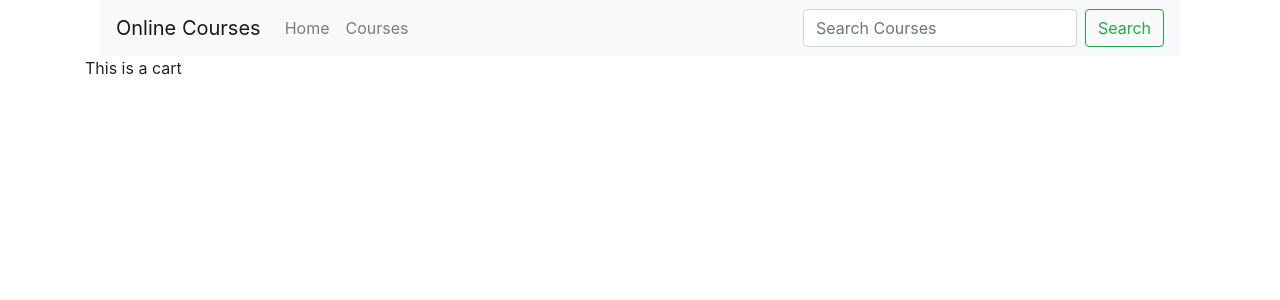
Repository: ranamahmud/online-class-react
Page: /
These files come from the project's save history. The page is drawn as it stood at one moment and after a run of saves; the edit follows.
The browser window is 1280 px wide. The pictures show the whole page.
The project was rebuilt for these pictures with package versions that can differ from the ones it lists, and the page was loaded fresh each time. Also part of the build but not shown: src/App.css, src/Component/Course/Course.js.

Above is the page before, as saved 2020-08-27 20:42:17.

### src/App.js
import React from 'react';
import './App.css';
import 'bootstrap/dist/css/bootstrap.min.css';
import { Navbar, Nav, Form, FormControl, Button, Container, Row, Col } from 'react-bootstrap';
import Header from '../src/Component/Header/Header'
import Class from '../src/Component/Class/Class'
function App() {
  return (
    <Container>
      <Header></Header>
      <Class></Class>
    </Container>
  );
}

export default App;

### src/Component/Header/Header.js
import React from 'react';
import { Navbar, Nav, Form, FormControl, Button, Container} from 'react-bootstrap';

const Header = () => {
    return (
        <Container>
        <Navbar bg="light" expand="lg">
          <Navbar.Brand href="#home">Online Courses</Navbar.Brand>
          <Navbar.Toggle aria-controls="basic-navbar-nav" />
          <Navbar.Collapse id="basic-navbar-nav">
            <Nav className="mr-auto">
              <Nav.Link href="#home">Home</Nav.Link>
              <Nav.Link href="#link">Courses</Nav.Link>
            </Nav>
            <Form inline>
              <FormControl type="text" placeholder="Search Courses" className="mr-sm-2" />
              <Button variant="outline-success">Search</Button>
            </Form>
          </Navbar.Collapse>
        </Navbar>
      </Container>
    );
};

export default Header;

### src/Component/Class/Class.js
import {React,useState,useEffect} from 'react';
import {Row,Col} from 'react-bootstrap'
import Course from '../Course/Course'
import Cart from '../Cart/Cart'
import fakeData from '../../fakeData'

const Class = () => {
    // const [courses, setCourses] = useState(fakeData);
    // console.log(courses);
    // const [cart, setCart] = useState([])

    // const handleAddCourse = (course) => {
    //     console.log('course added',course);
    //     const newCart = [...cart, course]
    //     setCart(newCart)
    // }
    return (
        <Row>
          {/* <Col sm={8}>
          <ul>

                </ul>
          </Col> */}
          <Col sm={4}>

            <Cart></Cart>
          </Col>
        </Row>
    );
};

export default Class;

### src/Component/Cart/Cart.js
import React from 'react';

const Cart = () => {
    return (
        <div>
            This is a cart
        </div>
    );
};

export default Cart;

### src/fakeData/index.js
import coursesData from './data';

const fakeData = coursesData;

console.log(coursesData);
const shuffle = a => {
    for (let i = a.length; i; i--) {
        let j = Math.floor(Math.random() * i);
        [a[i - 1], a[j]] = [a[j], a[i - 1]];
    }
}

shuffle(fakeData);

export default fakeData;

### src/fakeData/data.js
var coursesData = [
  {
    "id": 1,
    "name": "An Entire MBA in 1 Course:Award Winning\n                                                                            Business School Prof",
    "price": 9.99,
    "img": "https://img-a.udemycdn.com/course/480x270/637930_9a22_19.jpg",
    "author": "Chris Haroun",
    "star": 4.5,
    "bought": "41,197"
  },
  {
    "id": 2,
    "name": "The Complete SQL Bootcamp 2020: Go from Zero\n                                                                            to Hero",
    "price": 9.99,
    "img": "https://img-a.udemycdn.com/course/480x270/762616_7693_3.jpg",
    "author": "Jose Portilla",
    "star": 4.7,
    "bought": "76,509"
  },
  {
    "id": 3,
    "name": "The Complete Financial Analyst Course 2020",
    "price": 9.99,
    "img": "https://img-a.udemycdn.com/course/480x270/648826_f0e5_4.jpg",
    "author": "365 Careers",
    "star": 4.5,
    "bought": "45,526"
  },
  {
    "id": 4,
    "name": "PMP Exam Prep Seminar - PMBOK Guide 6",
    "price": 9.99,
    "img": "https://img-a.udemycdn.com/course/480x270/1361790_2eb7.jpg",
    "author": "",
    "star": 4.6,
    "bought": "51,712"
  },
  {
    "id": 5,
    "name": "Tableau 2020 A-Z: Hands-On Tableau Training",
    "price": 9.99,
    "img": "https://img-a.udemycdn.com/course/480x270/937678_abd2_2.jpg",
    "author": "Kirill Eremenko, SuperDataScience Team",
    "star": 4.6,
    "bought": "53,818"
  },
  {
    "id": 6,
    "name": "Beginner to Pro in Excel: Financial Modeling",
    "price": 9.99,
    "img": "https://img-a.udemycdn.com/course/480x270/321410_d9c5_4.jpg",
    "author": "365 Careers",
    "star": 4.5,
    "bought": "28,198"
  },
  {
    "id": 7,
    "name": "The Complete Financial Analyst Training",
    "price": 13.99,
    "img": "https://img-a.udemycdn.com/course/480x270/1202988_c73f_20.jpg",
    "author": "Chris Haroun",
    "star": 4.5,
    "bought": "21,017"
  },
  {
    "id": 8,
    "name": "The Business Intelligence Analyst Course",
    "price": 9.99,
    "img": "https://img-a.udemycdn.com/course/480x270/1653432_3a57_3.jpg",
    "author": "365 Careers",
    "star": 4.5,
    "bought": "23,263"
  },
  {
    "id": 9,
    "name": "Become a Product Manager | Learn the Skills",
    "price": 9.99,
    "img": "https://img-a.udemycdn.com/course/480x270/673654_d677_7.jpg",
    "author": "Cole Mercer, Evan Kimbrell",
    "star": 4.5,
    "bought": "26,991"
  },
  {
    "id": 10,
    "name": "The Ultimate Hands-On Hadoop - Tame your Big",
    "price": 9.99,
    "img": "https://img-a.udemycdn.com/course/480x270/996228_af5f_3.jpg",
    "author": "Sundog Education by Frank Kane, Frank Kane",
    "star": 4.5,
    "bought": "21,202"
  },
  {
    "id": 11,
    "name": "Writing With Flair: How To Become An",
    "price": 9.99,
    "img": "https://img-a.udemycdn.com/course/480x270/196152_331b_3.jpg",
    "author": " Shani Raja",
    "star": 4.6,
    "bought": "12,263"
  },
  {
    "id": 12,
    "name": "The Complete Investment Banking Course 2020",
    "price": 9.99,
    "img": "https://img-a.udemycdn.com/course/480x270/965832_212f_4.jpg",
    "author": "365 Careers",
    "star": 4.5,
    "bought": "19,641"
  },
  {
    "id": 13,
    "name": "How to Start an Amazon FBA Store on a Tight",
    "price": 9.99,
    "img": "https://img-a.udemycdn.com/course/480x270/560388_91e3_3.jpg",
    "author": "Theo McArthur",
    "star": 4.6,
    "bought": "19,110"
  }
]

export default coursesData;

Loaded but not shown: public/index.html (common file); src/index.js (common file); src/index.css (common file); src/serviceWorker.js (common file)

After the next 2 saves:
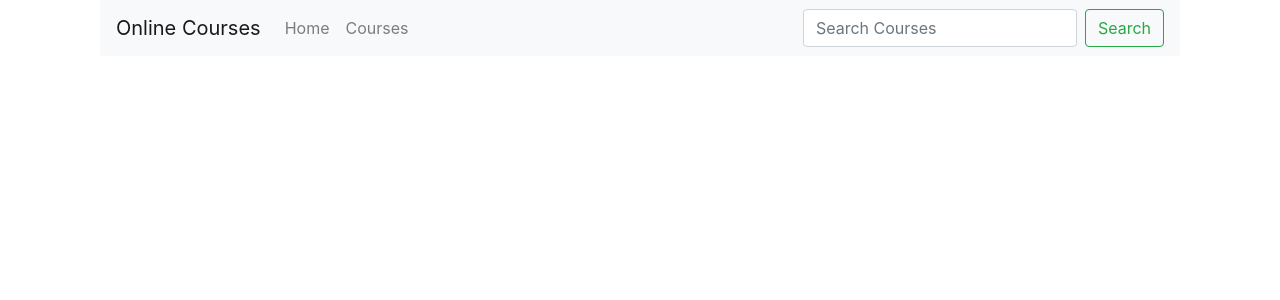
The 2 saves are shown as one change because they came seconds apart.
The last was saved 5 s later.
--- a/src/Component/Class/Class.js
+++ b/src/Component/Class/Class.js
@@ -16,14 +16,14 @@ const Class = () => {
     // }
     return (
         <Row>
-          {/* <Col sm={8}>
+          <Col sm={8}>
           <ul>
 
                 </ul>
-          </Col> */}
+          </Col>
           <Col sm={4}>
 
-            <Cart></Cart>
+            {/* <Cart></Cart> */}
           </Col>
         </Row>
     );
